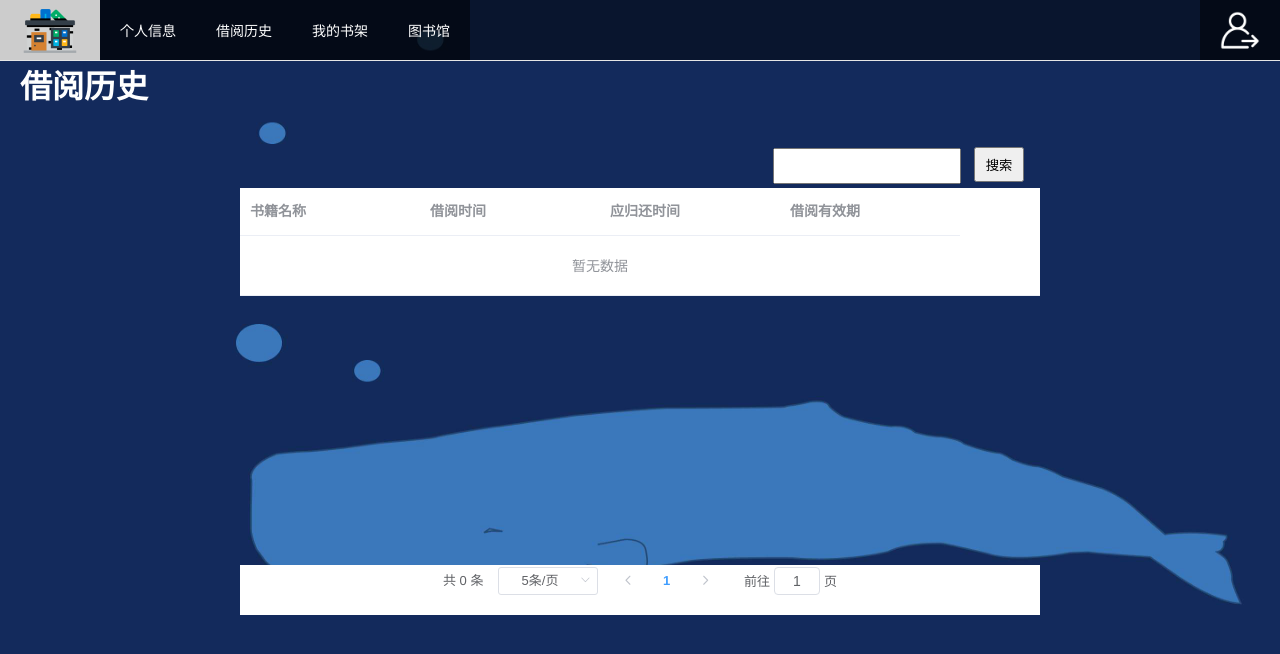
Repository: Akron-xz/helloVue
Page: /#/borrowhistory (app in vue-library/)
An editor plug-in stored every save of this project. The page is shown before and after the next save, followed by the edit.
The browser window is 1280 px wide. The pictures show the whole page.
The project was rebuilt for these pictures with package versions that can differ from the ones it lists, and the page was loaded fresh each time. Also part of the build but not shown: vue-library/src/components/homeNav.vue, vue-library/src/views/Home.vue.

Above is the page before, as saved 2020-11-25 17:36:33.

After the next save:
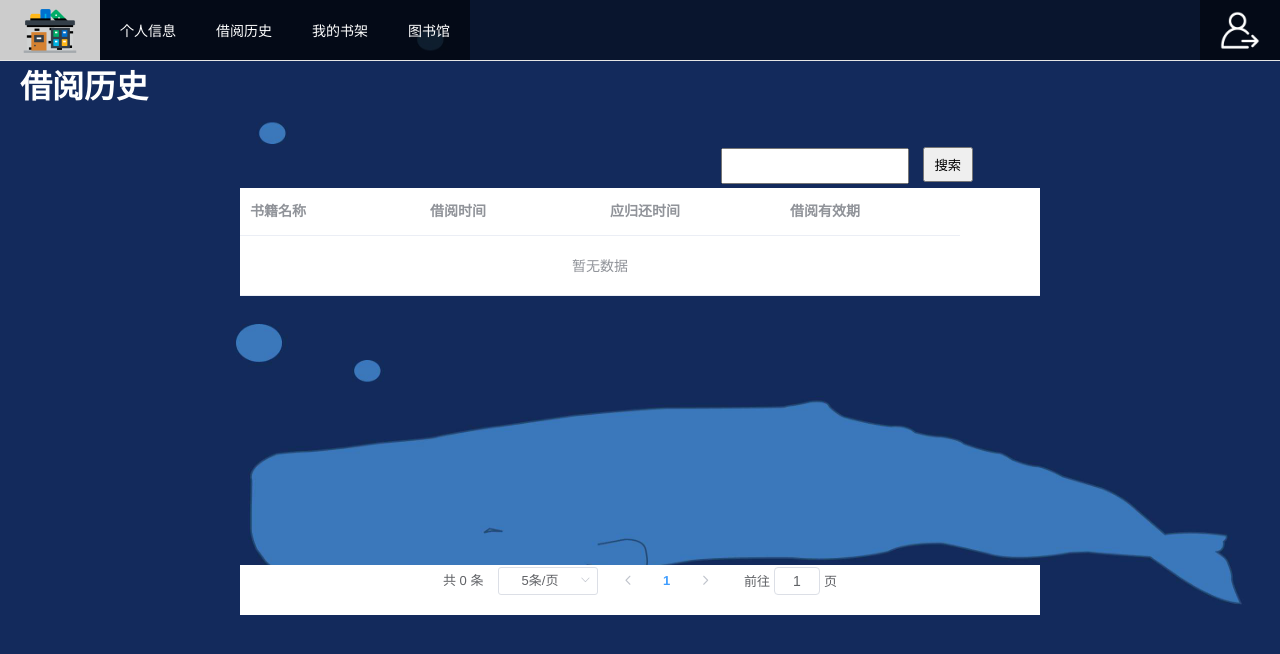
Saved 5 s later.
--- a/vue-library/src/views/BorrowHistory.vue
+++ b/vue-library/src/views/BorrowHistory.vue
@@ -146,7 +146,7 @@ import userNavigation from '@/components/userNav.vue'
 .searchBox{
  position: fixed;
  top: 147px;
- right: 20%;
+ right: 24%;
 }
 .table-box{
   position: fixed;
